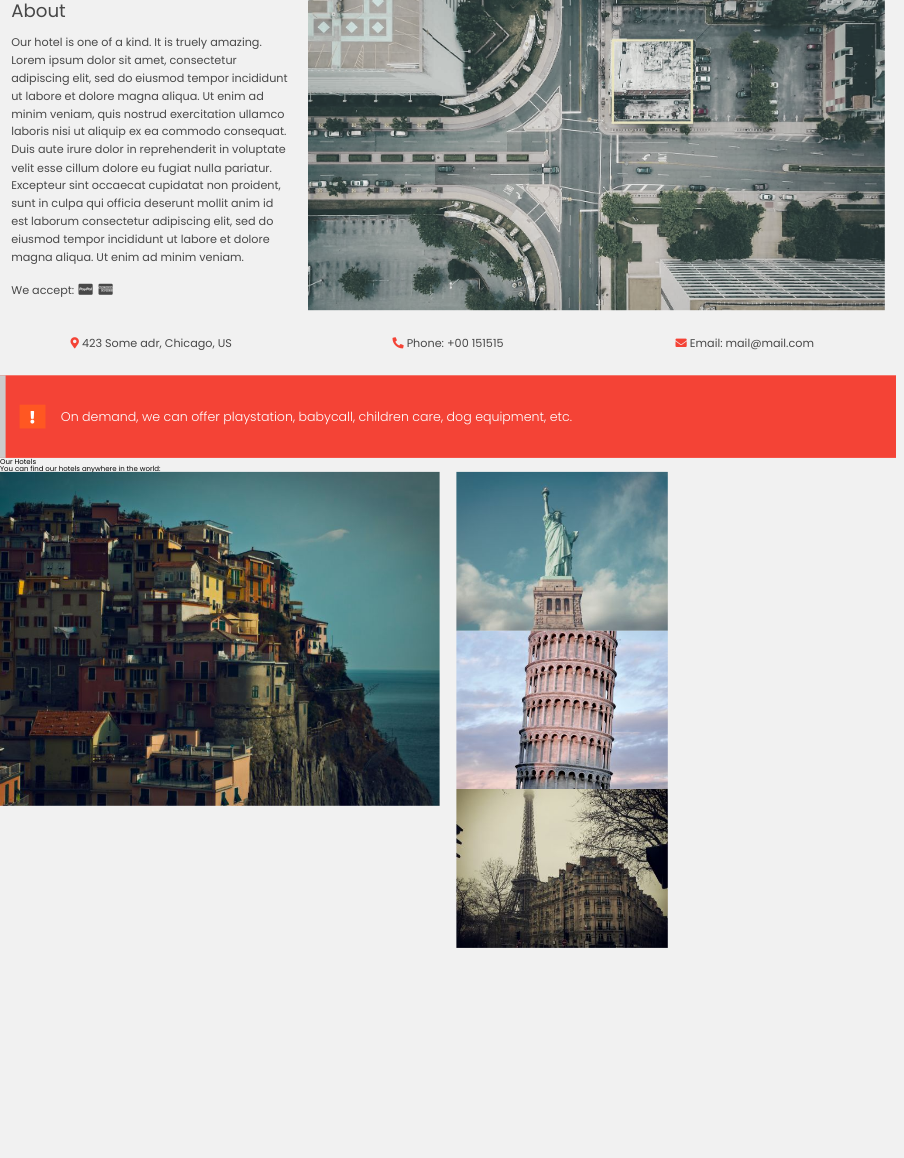
Repository: phamhuuloc/Travel_Template
Page: index.html
The author's editor kept a copy of each file at every save. The page is drawn from the files as they stood at one save, then again after the next save.
The browser window is 1280 px wide. The page is 1292 px wide, so the pictures cover 1292 px, including what lies to the right of the window. The pictures show the part of the page from y = 1573 to 3453 px (the page is 3227 px tall before and 3453 px after), at 70% of full size.
The style sheet was rebuilt from its Sass, Less or Tailwind sources for each picture, by a compiler version that may differ from the author's.

Above is the page before, as saved 2021-09-18 11:34:36.

After the next save:
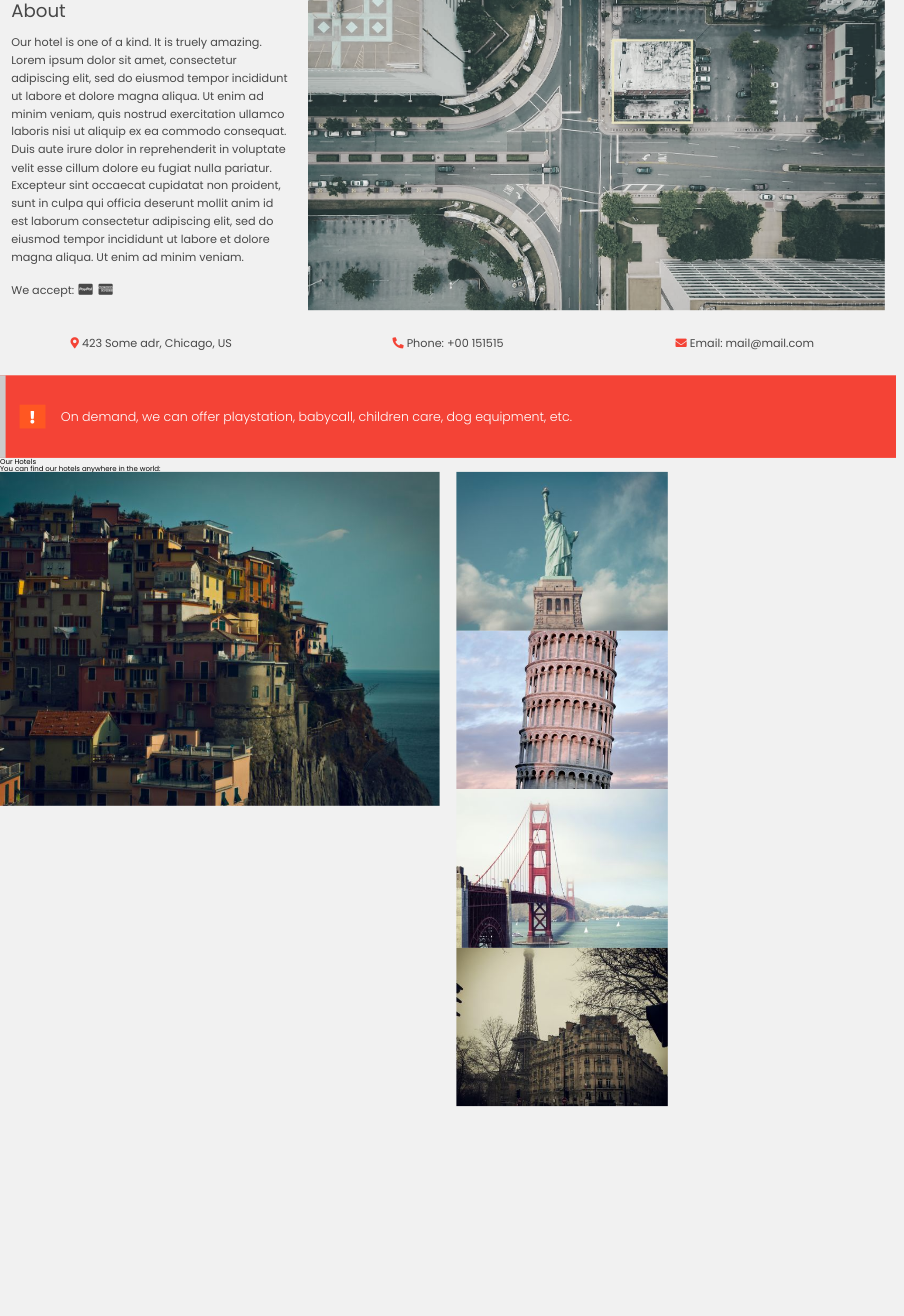
Saved 16 s later.
--- a/index.html
+++ b/index.html
@@ -307,6 +307,7 @@
             </div>
             <div class="row">
               <div class="col l-6">
+                <img src="./assets/img/sanfran.jpg" alt="" />
                 <img src="./assets/img/paris.jpg" alt="" />
               </div>
             </div>
